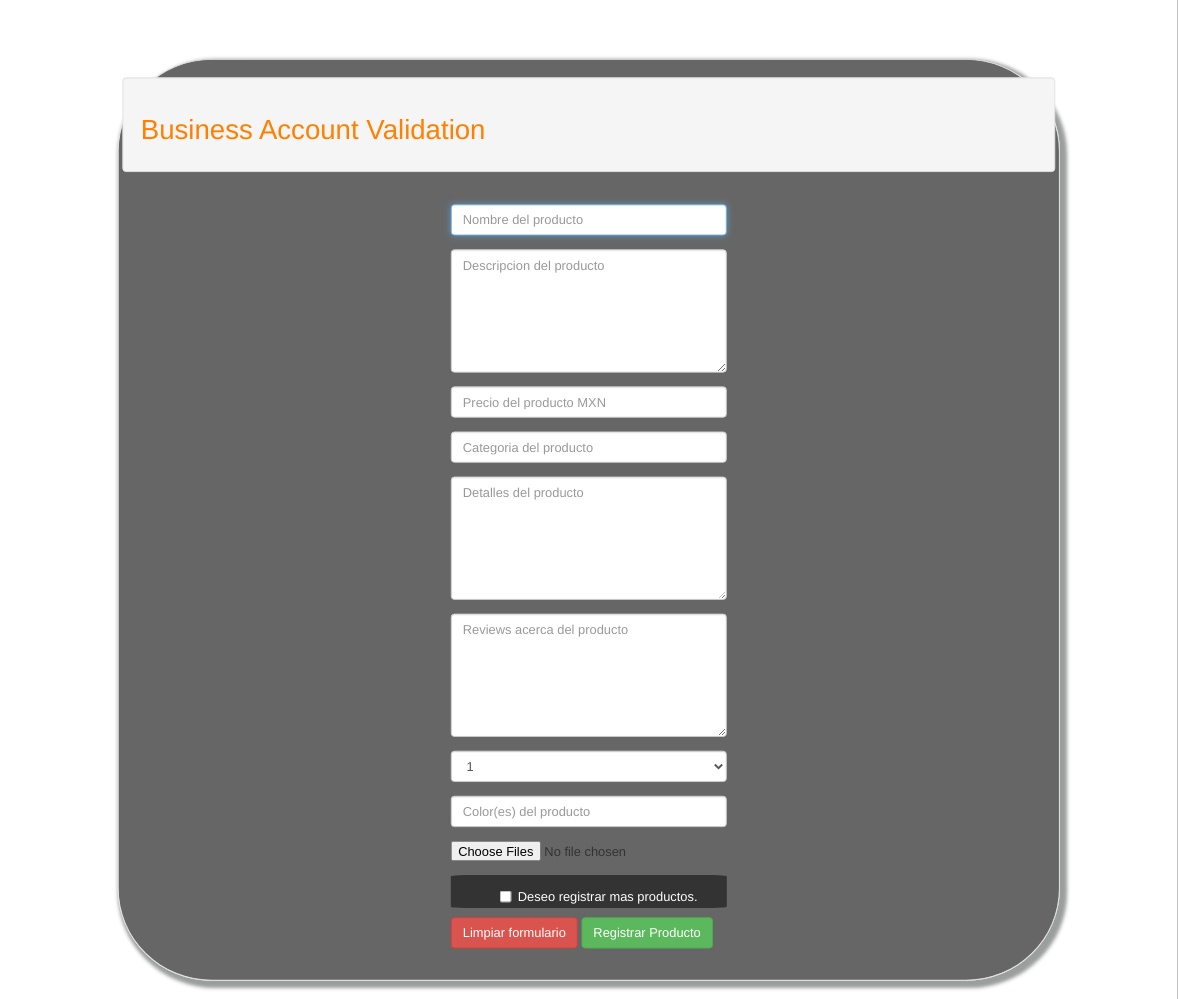
Repository: diamesa/sdi.esb.toolbox
Page: http://localhost/WebAnalizer/BAValidation.jsp
The author's editor kept a copy of each file at every save. The page is drawn from the files as they stood at one save, then again after the next save.
The browser window is 1280 px wide. The pictures show the whole page, at 92% of full size.
The page is served by Tomcat 9.

Above is the page before, as saved 2016-06-06 17:08:51.
Console error: TypeError: Cannot read properties of null (reading 'addEventListener')

After the next save:
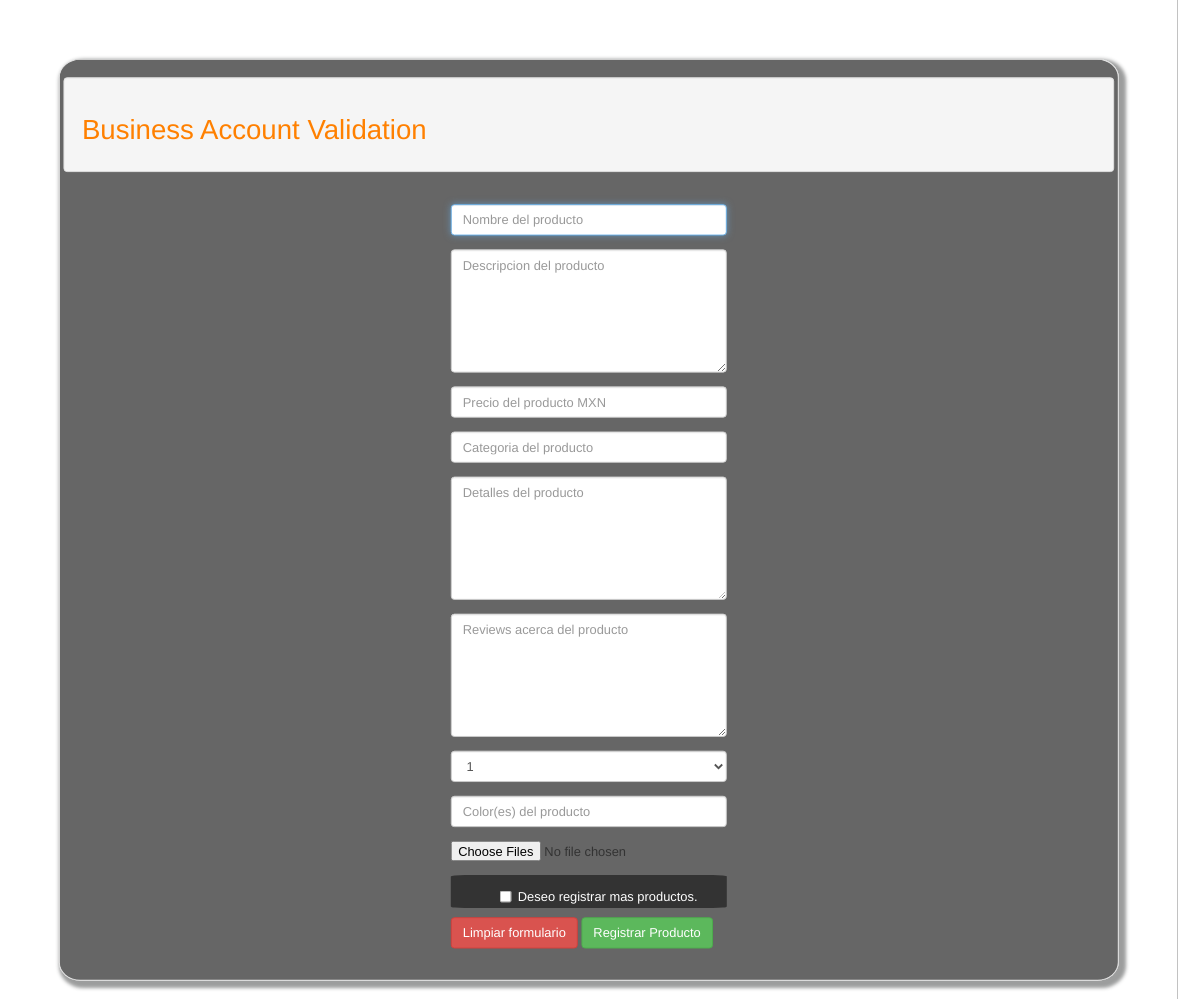
Saved 29 s later.
--- a/WebAnalizer/WebContent/css/sdi_toolbox.css
+++ b/WebAnalizer/WebContent/css/sdi_toolbox.css
@@ -9,14 +9,14 @@ body{padding-top: 5%;
 		   	  padding: 15px;
 		   	  margin: 0 auto;}
 
-	.crud-pannel{max-width: 80%;
+	.crud-pannel{max-width: 90%;
 		 		/*background-image: url(img/polygon-colors.jpg);
 		   		background-size: contain;*/
 		   		background-color: rgba(000,000,000,0.60);
 				 -webkit-box-shadow: 4px 4px 4px 4px rgba(48, 50, 50, 0.48);
 				 -moz-box-shadow:    4px 4px 4px 4px rgba(48, 50, 50, 0.48);
 			 	box-shadow:    4px 4px 4px 4px rgba(48, 50, 50, 0.48);
-				border-radius: 10%;
+				border-radius: 2%;
 				}
 
 	.brand-logo{width: 136px; height: 136px;
